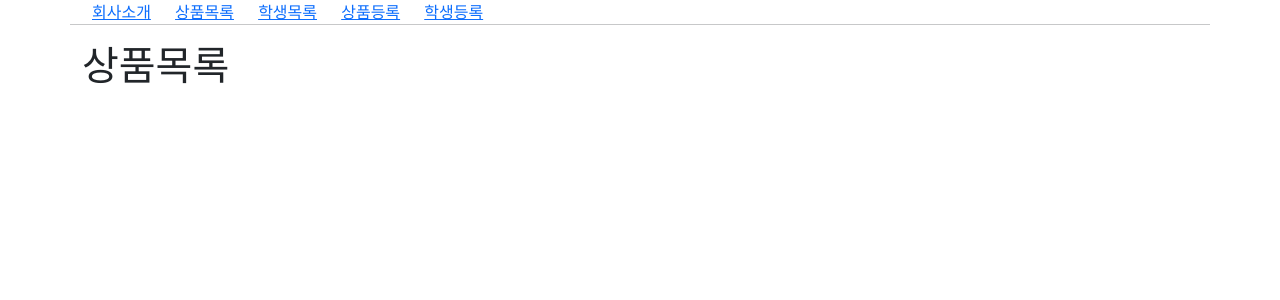
Repository: gwangso/web
Page: http://localhost/ex01/pro/list
The author's editor kept a copy of each file at every save. The page is drawn from the files as they stood at one save, then again after the next save.
The browser window is 1280 px wide. The pictures show the whole page.
The page is served by Tomcat 9. Other server files are loaded and not shown.

Above is the page before, as saved 2023-07-24 05:52:15.

### ex01/src/main/webapp/home.jsp
<%@ page language="java" contentType="text/html; charset=UTF-8"
    pageEncoding="UTF-8"%>
<!DOCTYPE html>
<html>
	<head>
		<meta charset="UTF-8">
		<title>홈페이지</title>

		<!-- 부트스트랩 -->
		<!-- CSS only -->
		<link href="https://cdn.jsdelivr.net/npm/bootstrap@5.2.3/dist/css/bootstrap.min.css" rel="stylesheet" integrity="sha384-rbsA2VBKQhggwzxH7pPCaAqO46MgnOM80zW1RWuH61DGLwZJEdK2Kadq2F9CUG65" crossorigin="anonymous">
		<!-- JavaScript Bundle with Popper -->
		<script src="https://cdn.jsdelivr.net/npm/bootstrap@5.2.3/dist/js/bootstrap.bundle.min.js" integrity="sha384-kenU1KFdBIe4zVF0s0G1M5b4hcpxyD9F7jL+jjXkk+Q2h455rYXK/7HAuoJl+0I4" crossorigin="anonymous"></script>

		<style>
			a {
				margin:10px;
			}
		</style>
	</head>
<body>
<div class="container">
	<div class="row">
		<div class="col">
			<div>
				<a href="/">회사소개</a>
				<a href="/pro/list">상품목록</a>
				<a href="/stu/list">학생목록</a>
				<a href="/pro/insert">상품등록</a>
				<a href="/stu/insert">학생등록</a>
			</div>
		</div>
		<hr>
		<div>
			<jsp:include page="${pageName}"/> <!-- jsp가 있으면 html로 하면 안된다. -->
		</div>
	</div>
</div>
</body>

</html>

### ex01/src/main/webapp/pro/list.jsp
<%@ page language="java" contentType="text/html; charset=UTF-8"
    pageEncoding="UTF-8"%>
<div class="row">
	<div class="col">
		<h1>상품목록</h1>
	</div>
</div>

### ex01/src/main/java/controller/ProductController.java
package controller;

import java.io.IOException;

import javax.servlet.RequestDispatcher;
import javax.servlet.ServletException;
import javax.servlet.annotation.WebServlet;
import javax.servlet.http.HttpServlet;
import javax.servlet.http.HttpServletRequest;
import javax.servlet.http.HttpServletResponse;


@WebServlet(value={"/pro/list", "/pro/insert"})
public class ProductController extends HttpServlet {
	private static final long serialVersionUID = 1L;

    public ProductController() {
        super();
    }

	protected void doGet(HttpServletRequest request, HttpServletResponse response) throws ServletException, IOException {
		switch (request.getServletPath()) { //주소 정보 = request.
		case "/pro/list":
			request.setAttribute("pageName", "/pro/list.jsp");
			break;
		case "/pro/insert":
			request.setAttribute("pageName", "/pro/insert.jsp");
			break;
		}
		RequestDispatcher dis = request.getRequestDispatcher("/home.jsp");
		dis.forward(request, response);
	}

	//form에서 메소드를 Post라 주었을 때만 작동
	protected void doPost(HttpServletRequest request, HttpServletResponse response) throws ServletException, IOException {

	}

}

After the next save:
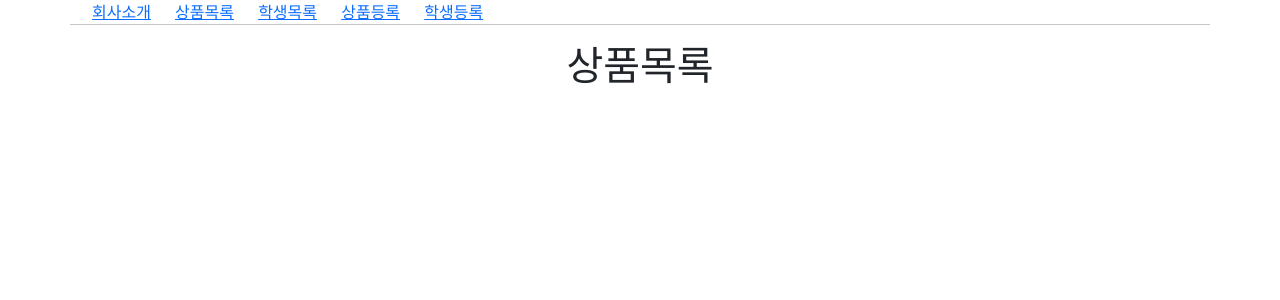
Saved 17 s later.
--- a/ex01/src/main/webapp/pro/list.jsp
+++ b/ex01/src/main/webapp/pro/list.jsp
@@ -2,6 +2,6 @@
     pageEncoding="UTF-8"%>
 <div class="row">
 	<div class="col">
-		<h1>상품목록</h1>
+		<h1 class="text-center">상품목록</h1>
 	</div>
 </div>
